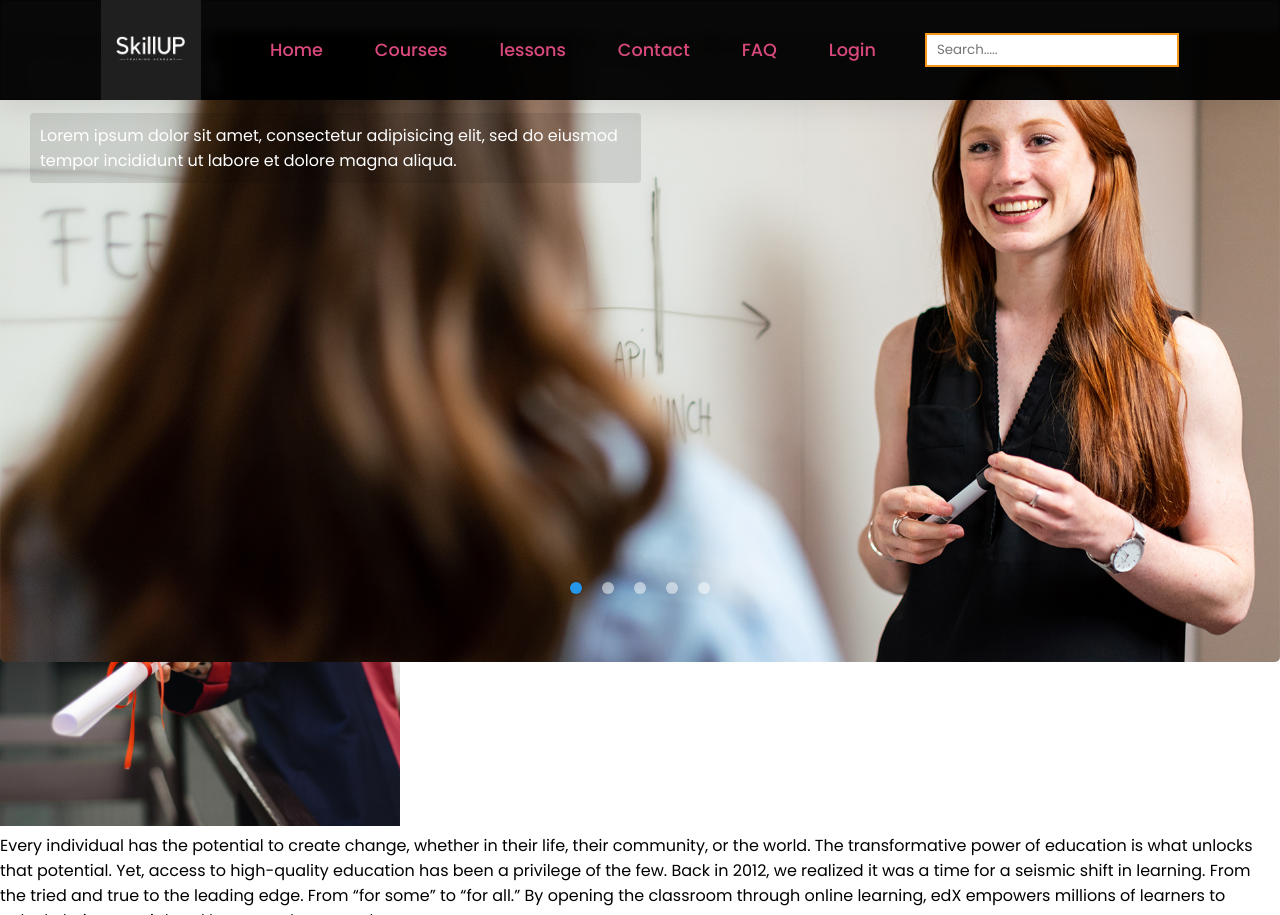
Repository: 2tzz/SkillUp-Academy
Page: home.html
An editor plug-in stored every save of this project. The page is shown before and after the next save, followed by the edit.
The browser window is 1280 px wide. The pictures show the part of the page from y = 0 to 915 px (the page is 1495 px tall).
A picture or video elsewhere on the page could not be fetched, so the positions and the page height are approximate. Some web fonts or font styles are not loaded; a fallback is used.

Above is the page before, as saved 2022-10-22 23:40:49.

After the next save:
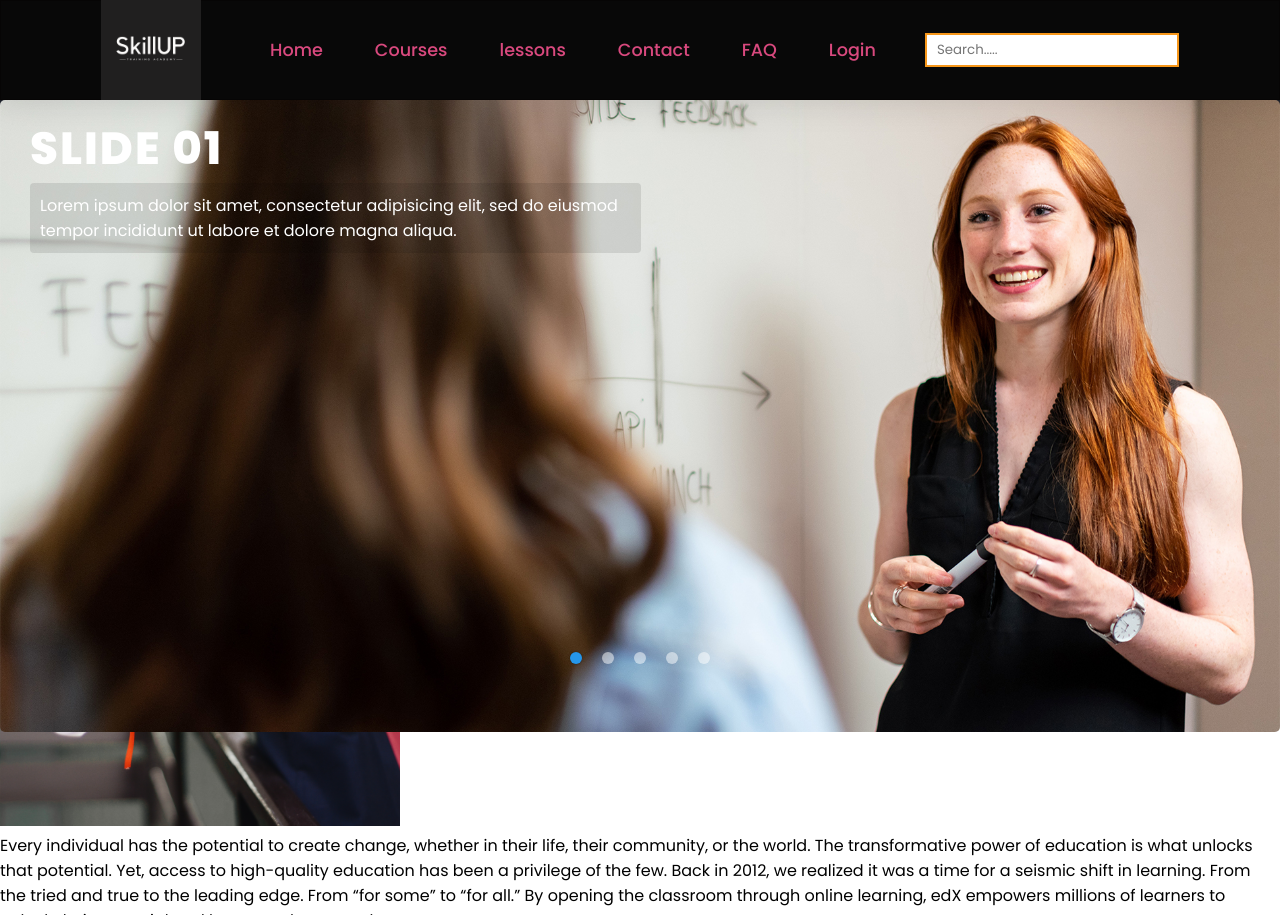
Saved 27 s later.
--- a/CSS/home.css
+++ b/CSS/home.css
@@ -28,7 +28,7 @@ body {
 
 
 .img-slider{
-  top: 30px;
+  top: 100px;
   position: relative;
   width:auto;
   height: 80vh;
